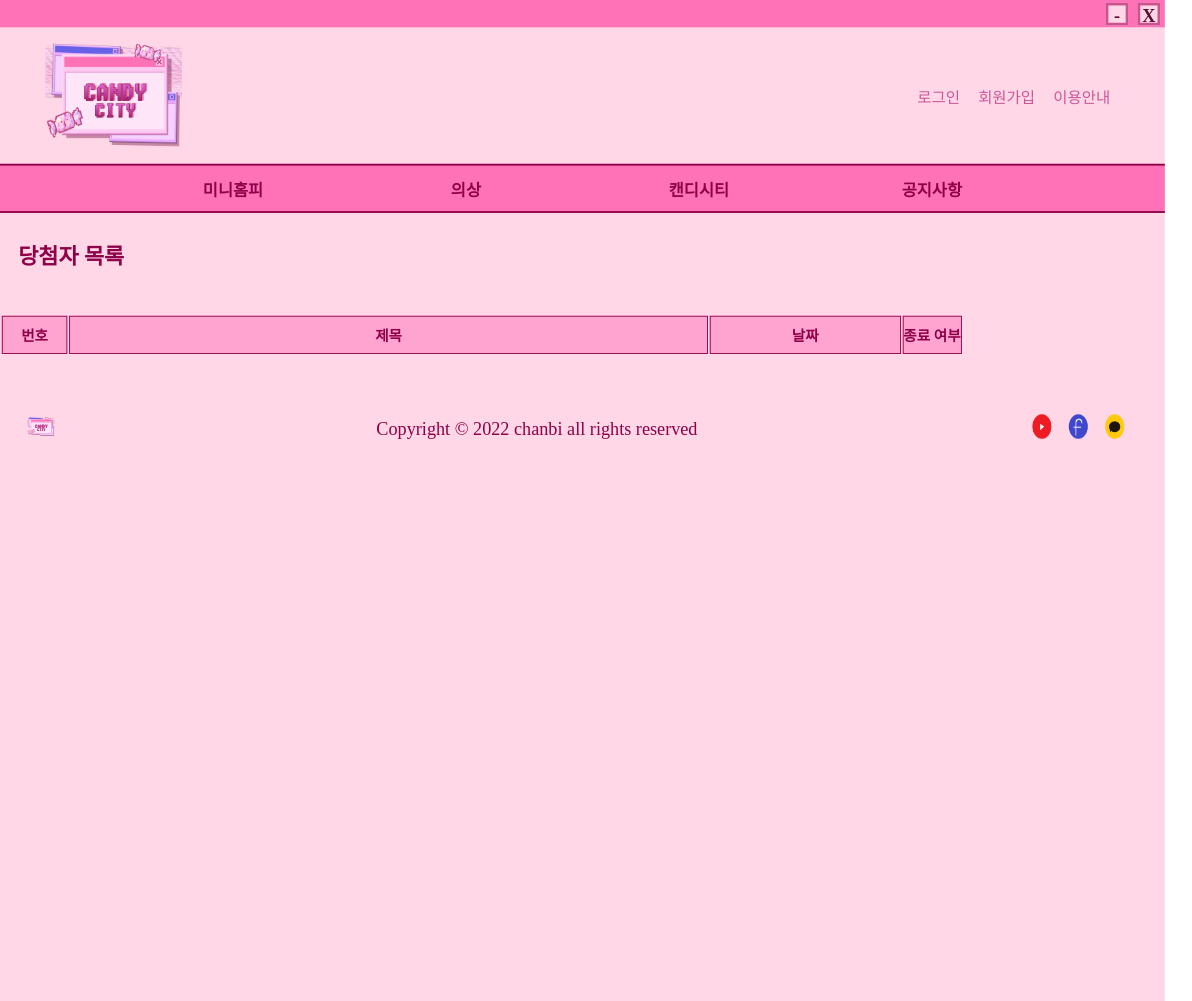
Repository: chanbiM/candyCityProject
Page: http://localhost/CandyCityProj/getNoticeList?type=null
The author's editor kept a copy of each file at every save. The page is drawn from the files as they stood at one save, then again after the next save.
The browser window is 1280 px wide. The page is 1310 px wide, so the pictures cover 1310 px, including what lies to the right of the window. The pictures show the whole page, at 91% of full size.
Some web fonts or font styles are not loaded; a fallback is used. The page is served by Tomcat 9. Queries for data that is not in the repository find no rows.

Above is the page before, as saved 2022-11-19 08:11:24.

After the next save:
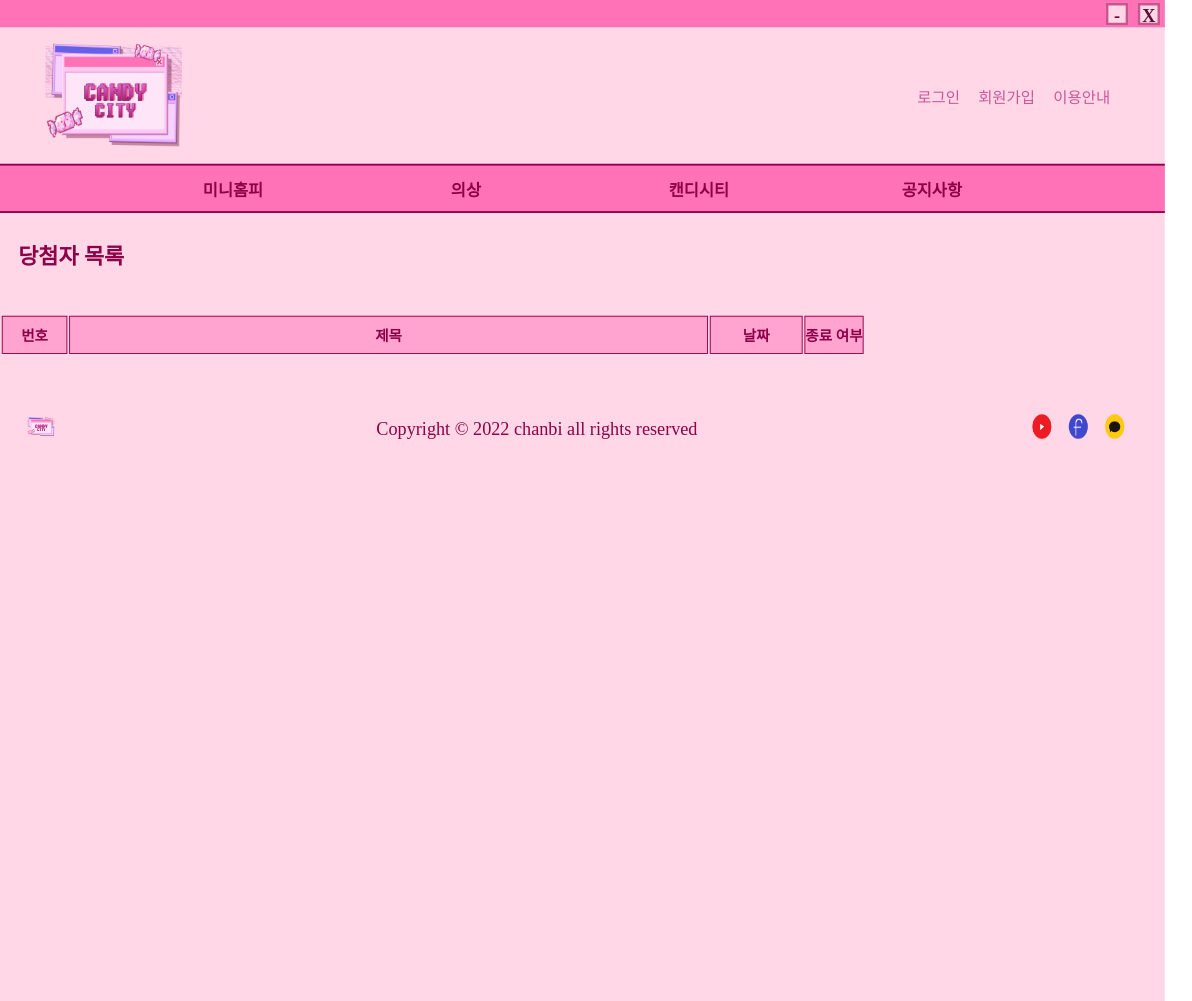
Saved 33 s later.
--- a/CandyCityProj/WebContent/css/homepiStyle.css
+++ b/CandyCityProj/WebContent/css/homepiStyle.css
@@ -180,5 +180,5 @@ hr {
 }
 
 .date {
-	width: 20%;
+	width: 100px;
 }
